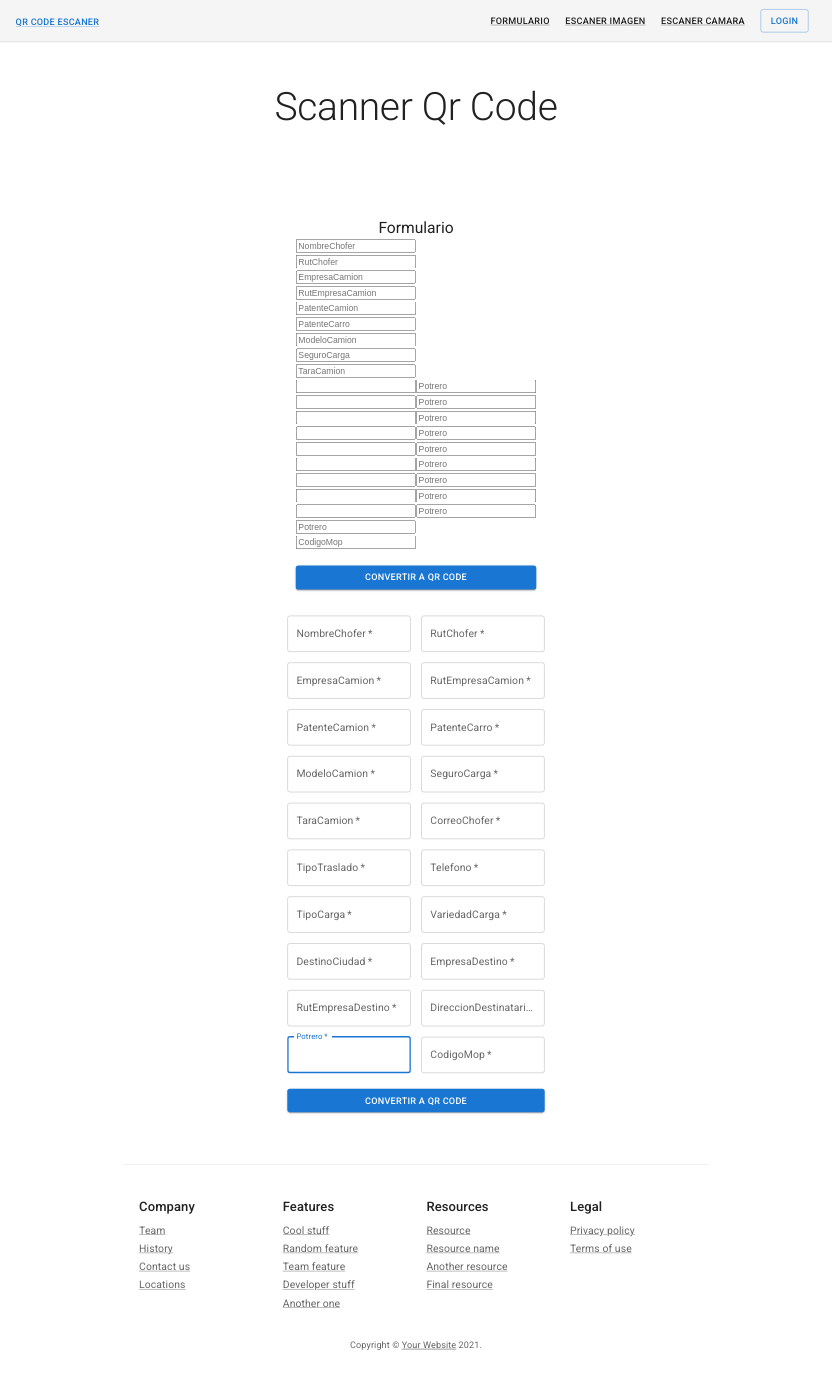
Repository: FlamesAlejandro/QrCodeForm
Page: /form
These files come from the project's save history. The page is drawn as it stood at one moment and after a run of saves; the edit follows.
The browser window is 1280 px wide. The pictures show the whole page, at 65% of full size.
The project was rebuilt for these pictures with package versions that can differ from the ones it lists, and the page was loaded fresh each time. Also part of the build but not shown: src/App.css, src/components/pages/ImagenEscaner.js, src/components/pages/CamaraEscaner.js, src/components/pages/Home.js.

Above is the page before, as saved 2021-10-24 07:52:43.

After the next 4 saves:
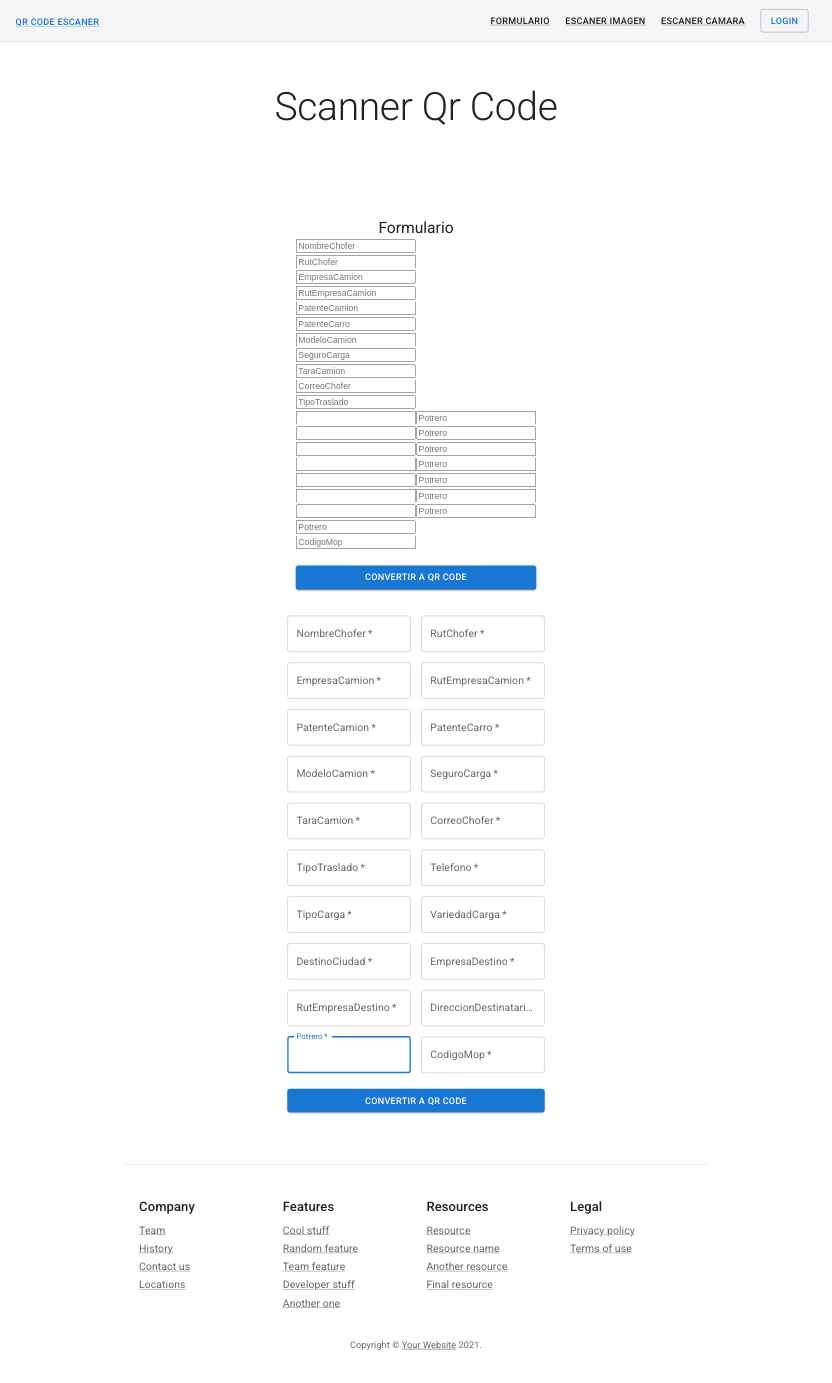
The 4 saves are shown as one change because they came seconds apart.
The last was saved 31 s later.
--- a/src/components/pages/Form.js
+++ b/src/components/pages/Form.js
@@ -74,27 +74,10 @@ export const Form = () => {
                         <input type="text" placeholder="TaraCamion" {...register("TaraCamion", {})} />
                     </Grid>
                     <Grid item xs={12} sm={6}>
-                        <input
-                        required
-                        fullWidth
-                        id="CorreoChofer"
-                        label="CorreoChofer"
-                        name="CorreoChofer"
-                        autoComplete="CorreoChofer"
-                        />
-                        <input type="text" placeholder="Potrero" {...register("Potrero", {})} />
-                    </Grid>
-                    <Grid item xs={12} sm={6}>
-                        <input
-                        autoComplete="TipoTraslado"
-                        name="TipoTraslado"
-                        required
-                        fullWidth
-                        id="TipoTraslado"
-                        label="TipoTraslado"
-                        autoFocus
-                        />
-                        <input type="text" placeholder="Potrero" {...register("Potrero", {})} />
+                        <input type="text" placeholder="CorreoChofer" {...register("CorreoChofer", {})} />
+                    </Grid>
+                    <Grid item xs={12} sm={6}>
+                        <input type="text" placeholder="TipoTraslado" {...register("TipoTraslado", {})} />
                     </Grid>
                     <Grid item xs={12} sm={6}>
                         <input
